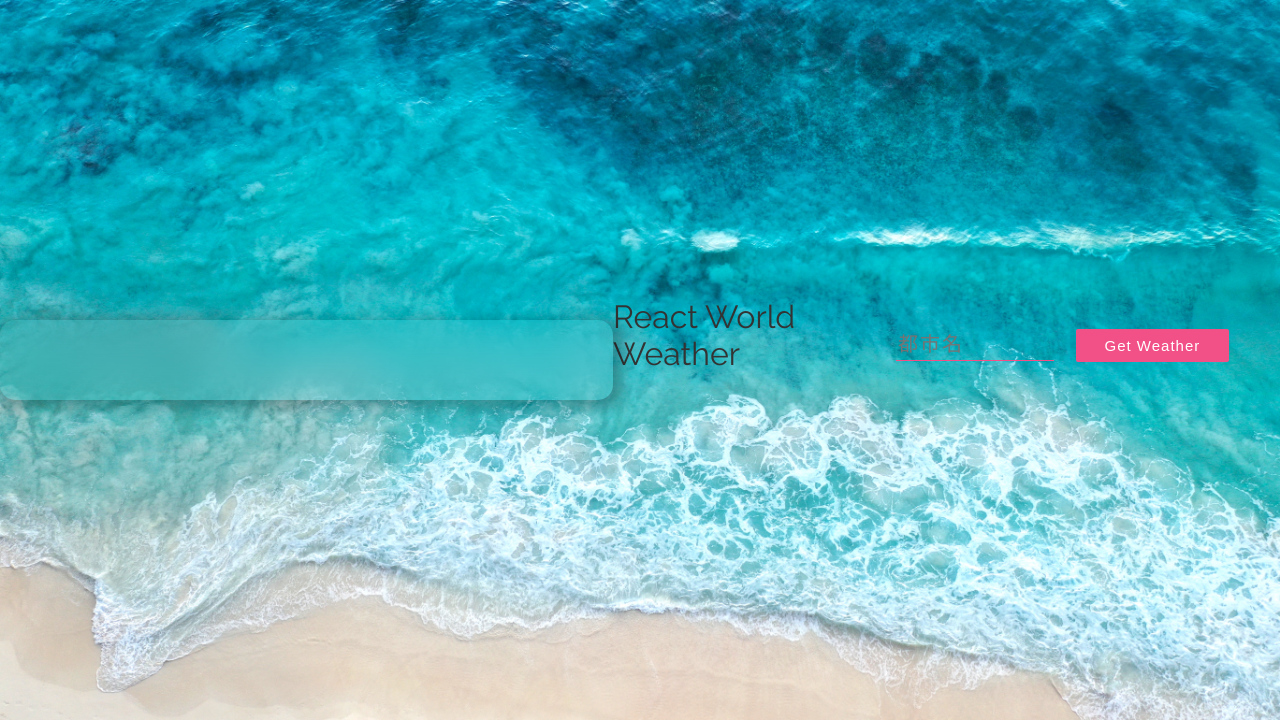
Repository: RyougaSeko/react-weather-app
Page: /
An editor plug-in stored every save of this project. The page is shown before and after the next save, followed by the edit.
The browser window is 1280 px wide. The pictures show the whole page.
The project was rebuilt for these pictures with package versions that can differ from the ones it lists, and the page was loaded fresh each time.

Above is the page before, as saved 2022-10-08 20:02:11.

After the next save:
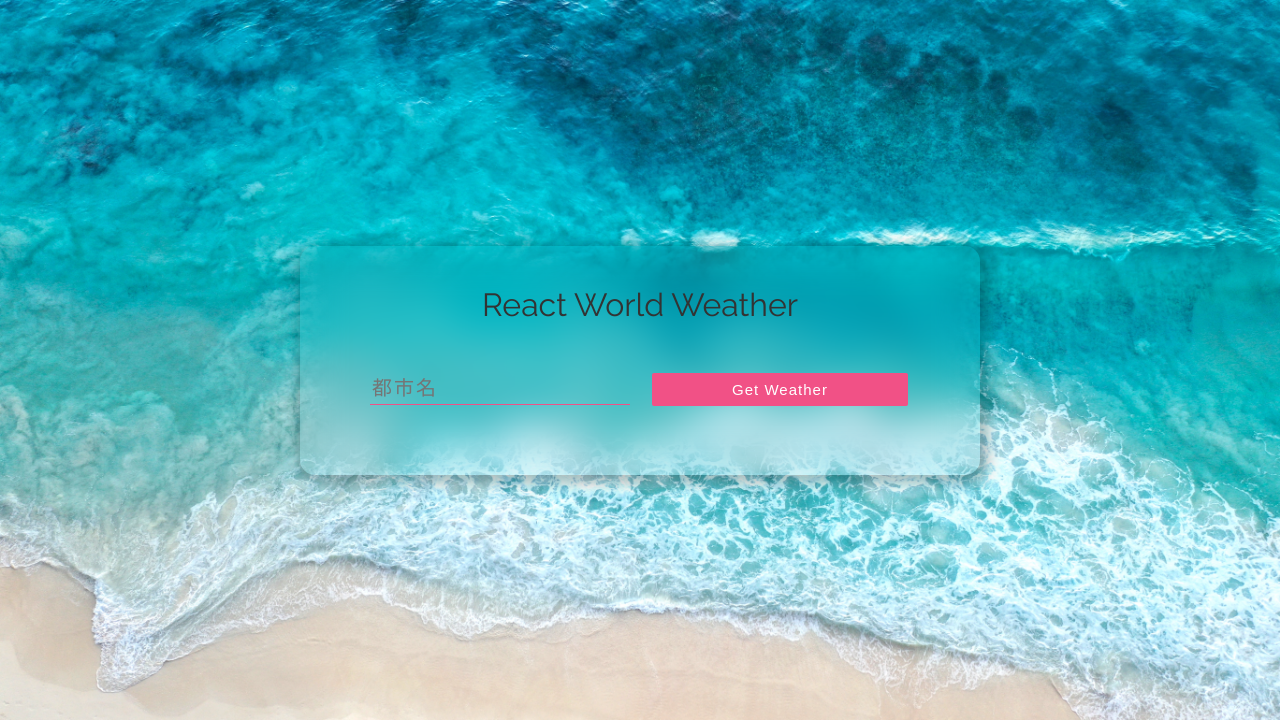
Saved 16 s later.
--- a/src/App.js
+++ b/src/App.js
@@ -29,10 +29,11 @@ function App() {
   }
   return (
     <div className="wrapper">
-      <div className="container"></div>
-      <Title />
-      <Form setCity={setCity} getWeather={getWeather} />
-      <Results results={results}/>
+      <div className="container">
+        <Title />
+        <Form setCity={setCity} getWeather={getWeather} />
+        <Results results={results}/>
+      </div>
     </div>
   );
 }
